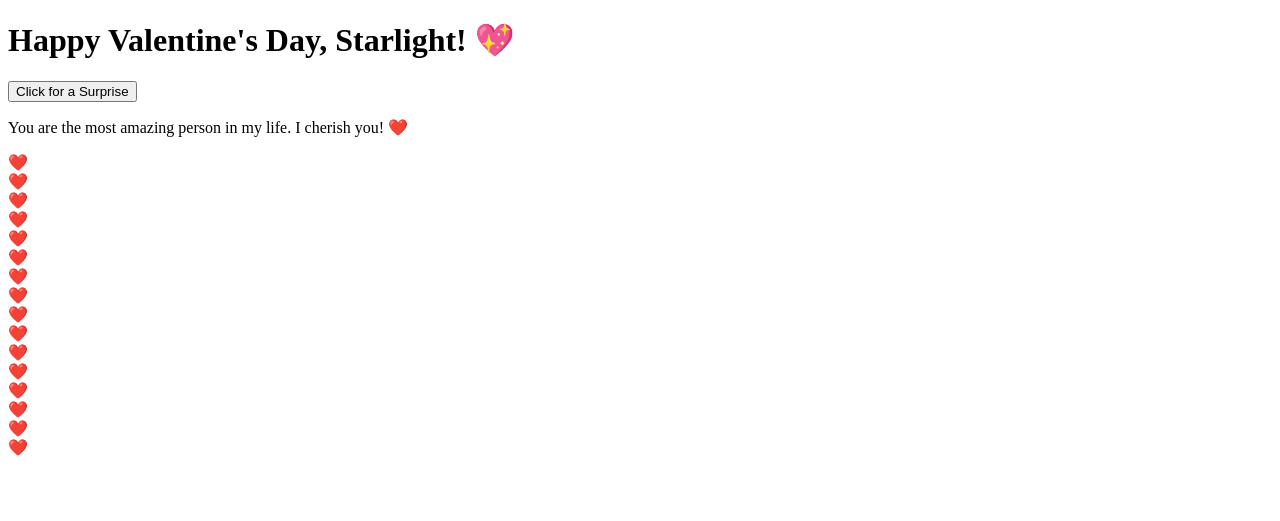
Repository: Jothankato05/Valentine
Page: Valentine/index.html
An editor plug-in stored every save of this project. The page is shown before and after a run of saves, followed by the edit.
The browser window is 1280 px wide. The pictures show the whole page.

Above is the page before, as saved 2025-02-14 14:34:44.

### Valentine/index.html
<!DOCTYPE html>
<html lang="en">
<head>
    <meta charset="UTF-8">
    <meta name="viewport" content="width=device-width, initial-scale=1.0">
    <title>Valentine's Surprise for Starlight</title>
</head>
<body>
    <div class="container">
        <h1>Happy Valentine's Day, Starlight! 💖</h1>
        <button id="surpriseBtn">Click for a Surprise</button>
        <p id="message">You are the most amazing person in my life. I cherish you! ❤️</p>
    </div>

    <script>
        function createHeart() {
            const heart = document.createElement('div');
            heart.classList.add('heart');
            heart.innerHTML = '❤️';
            heart.style.left = Math.random() * 100 + 'vw';
            heart.style.animationDuration = Math.random() * 3 + 2 + 's';
            document.body.appendChild(heart);

            setTimeout(() => {
                heart.remove();
            }, 5000);
        }

        setInterval(createHeart, 300);

        document.getElementById('surpriseBtn').addEventListener('click', function() {
            document.getElementById('message').style.display = 'block';
        });
    </script>
</body>
</html>

After the next 2 saves:
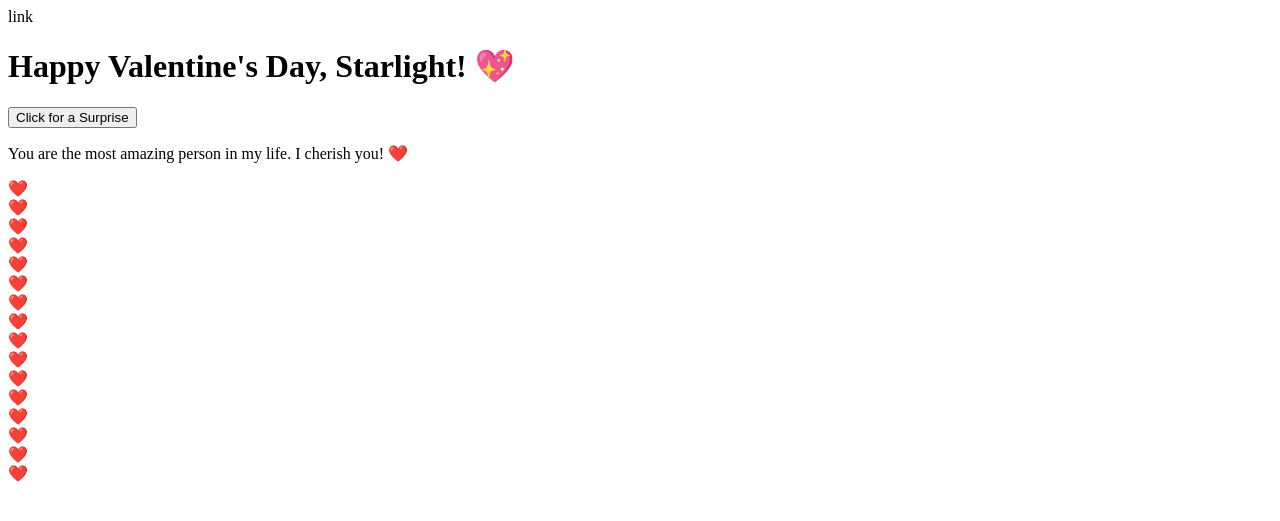
The 2 saves are shown as one change because they came seconds apart.
The last was saved 11 s later.
--- a/Valentine/index.html
+++ b/Valentine/index.html
@@ -4,6 +4,7 @@
     <meta charset="UTF-8">
     <meta name="viewport" content="width=device-width, initial-scale=1.0">
     <title>Valentine's Surprise for Starlight</title>
+    link
 </head>
 <body>
     <div class="container">
